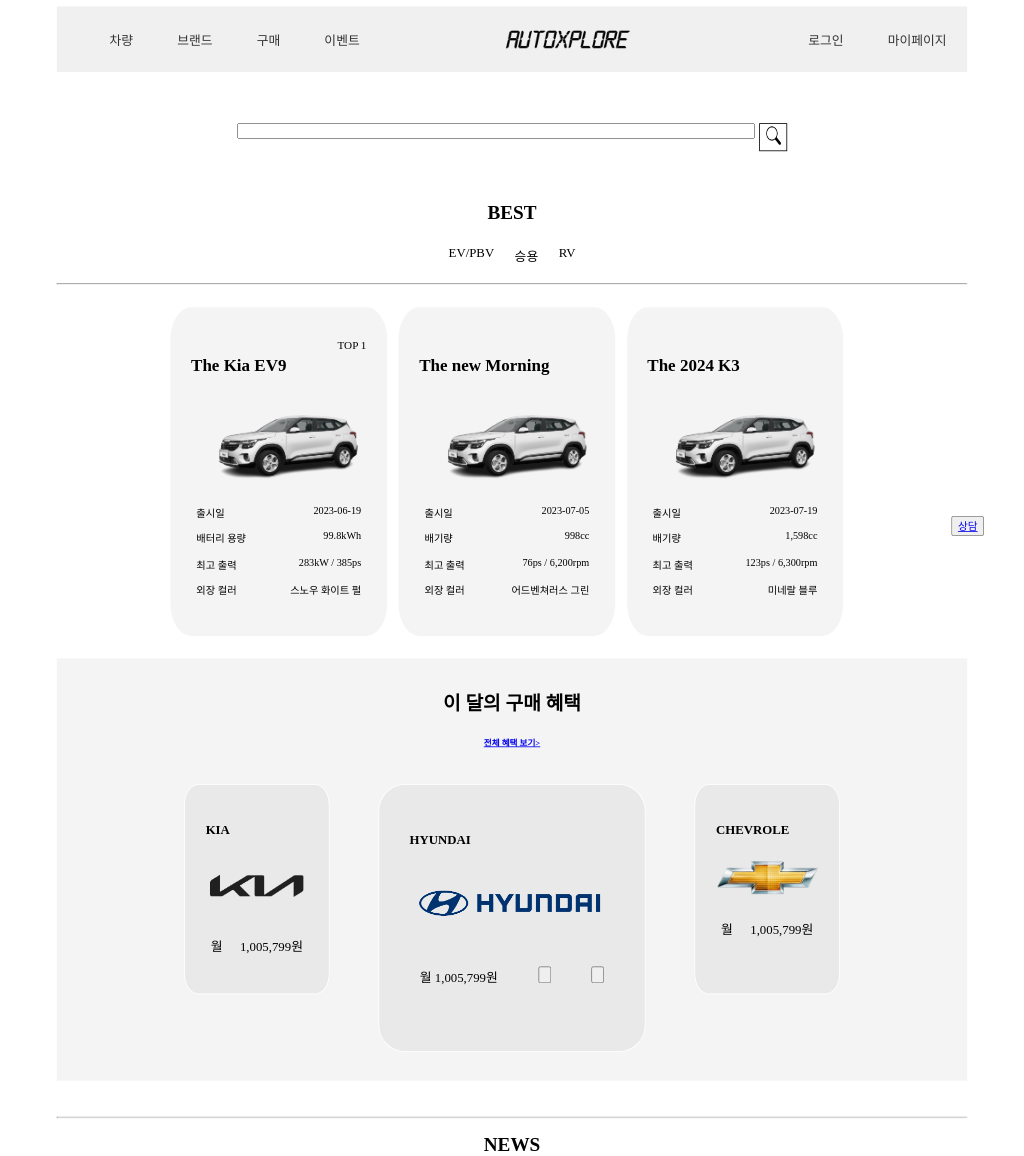
Repository: Autoxplore/Autoxplore
Page: mainPage.html
These files come from the project's save history. The page is drawn as it stood at one moment and after the next save; the edit follows.
The browser window is 1280 px wide. The pictures show the part of the page from y = 0 to 1445 px (the page is 2439 px tall before and 2522 px after), at 80% of full size.
A picture or video elsewhere on the page could not be fetched, so the positions and the page height are approximate.

Above is the page before, as saved 2023-08-03 15:45:36.

### mainPage.html
<!DOCTYPE html>
<html lang="en">
<head>
    <meta charset="UTF-8">
    <meta name="viewport" content="width=device-width, initial-scale=1.0">
    <title>AUTOXPLORE MAIN</title>
    <link rel="stylesheet" href="harin_css/mainPage.css">
</head>
<body>
    <div id="wrap">
        <header>
            <nav class="header1">
                <ul>
                    <li><a href="#">차량</a></li>
                    <li><a href="#">브랜드</a></li>
                    <li><a href="#">구매</a></li>
                    <li><a href="#">이벤트</a></li>
                </ul>
            </nav>
                <a href="#" title="메인 페이지로 이동" ><img class="logo" src="image/logo/autoxplore.png" alt="AUTOXPLORE 로고"></a>
            <nav class="header2">
                <ul>
                    <li><a href="#">로그인</a></li>
                    <li><a href="#">마이페이지</a></li>
                </ul>
            </nav>
        </header>
        <section class="search">
            <input type="text">
            <button type="button" onclick="alert('click!')"><img src="image/search/search.png" alt="검색"></button>
        </section>
        <div>
            <div class="best">
                <h2>BEST</h2>
                <div>
                    <ul>
                        <li><a href="#">EV/PBV</a></li>
                        <li><a href="#">승용</a></li>
                        <li><a href="#">RV</a></li>
                    </ul>
                </div>
                <hr>
            </div>
            <div id="wrap1">
                <div class="bestContent">
                    <section class="car1">
                        <div class="cartop">
                            <h5>The Kia EV9</h5>
                            <p>TOP 1</p>
                        </div>
                        <div class="carContent">
                            <img class="carImg" src="/image/car/kia/seltos.png" alt="top1 car">
                            <ul>
                                <li>
                                    <div>출시일</div>
                                    <div>2023-06-19</div>
                                </li>
                                <li>
                                    <div>배터리 용량</div>
                                    <div>99.8kWh</div>
                                </li>
                                <li>
                                    <div>최고 출력</div>
                                    <div>283kW / 385ps</div>
                                </li>
                                <li>
                                    <div>외장 컬러</div>
                                    <div>스노우 화이트 펄</div>
                                </li>
                            </ul>
                        </div>
                    </section>
                    <section class="car1">
                        <div class="cartop">
                            <h5>The new Morning</h5>
                        </div>
                        <div class="carContent">
                            <img class="carImg" src="/image/car/kia/seltos.png" alt="top1 car">
                            <ul>
                                <li>
                                    <div>출시일</div>
                                    <div>2023-07-05</div>
                                </li>
                                <li>
                                    <div>배기량</div>
                                    <div>998cc</div>
                                </li>
                                <li>
                                    <div>최고 출력</div>
                                    <div>76ps / 6,200rpm</div>
                                </li>
                                <li>
                                    <div>외장 컬러</div>
                                    <div>어드벤쳐러스 그린</div>
                                </li>
                            </ul>
                        </div>
                    </section>
                    <section class="car1">
                        <div class="cartop">
                            <h5>The 2024 K3 </h5>
                        </div>
                        <div class="carContent">
                            <img class="carImg" src="/image/car/kia/seltos.png" alt="top1 car">
                            <ul>
                                <li>
                                    <div>출시일</div>
                                    <div>2023-07-19</div>
                                </li>
                                <li>
                                    <div>배기량</div>
                                    <div>1,598cc</div>
                                </li>
                                <li>
                                    <div>최고 출력</div>
                                    <div>123ps / 6,300rpm</div>
                                </li>
                                <li>
                                    <div>외장 컬러</div>
                                    <div>미네랄 블루</div>
                                </li>
                            </ul>
                        </div>
                    </section>
                </div>
            </div>
        </div>
        <div class="monthBenefit">
            <h2>이 달의 구매 혜택</h2>
            <h6><a href="#">전체 혜택 보기></a></h6>
            <div id="wrap1">
                <div class="benefitContent">
                    <section class="car2">
                        <div class="cartop2">
                            <h4>KIA</h4>
                        </div>
                        <div class="carContent2">
                            <img class="brandImg1" src="/image/logo/kiaLogo.png" alt="benefit car">
                            <ul>
                                <li>
                                    <div>월 </div>
                                    <div>1,005,799원</div>
                                </li>
                            </ul>
                        </div>
                    </section>
                    <section class="car3">
                        <div class="cartop3">
                            <h4>HYUNDAI</h4>
                        </div>
                        <div class="carContent3">
                            <img class="brandImg2" src="/image/logo/hyundaiLogo.png" alt="benefit car">
                            <ul>
                                <li>
                                    <div>월 1,005,799원</div>
                                    <div><input type="button"></div>
                                    <div><input type="button"></div>
                                </li>
                            </ul>
                        </div>
                    </section>
                    <section class="car2">
                        <div class="cartop2">
                            <h4>CHEVROLE</h4>
                        </div>
                        <div class="carContent2">
                            <img class="brandImg1" src="/image/logo/chevroleLogo.png" alt="benefit car">
                            <ul>
                                <li>
                                    <div>월 </div>
                                    <div>1,005,799원</div>
                                </li>
                            </ul>
                        </div>
                    </section>
                </div>
            </div>
        </div>
        <hr>
        <div class="news">
            <h2>NEWS</h2>
            <article>
                <section class="newsContent">
                    <div class="newsDetail">
                        <h4>우리 소식</h4>
                        <h3>소식 제목</h3>
                        <p>내용내용</p>
                        <br>
                        <input type="button">
                    </div>
                    <div>
                        <img src="image/car/kia/seltos_bg.png" alt="news image">
                    </div>
                </section>
            </article>
        </div>
        <div>
            <section class="newsPre">
                <ul>
                    <li>
                        <div><a href="#">뉴스
                            <br>
                            내용내용
                        </a></div>
                    </li>
                    <li>
                        <div><a href="#">뉴스
                            <br>
                            내용내용
                        </a></div>
                    </li>
                    <li>
                        <div><a href="#">뉴스
                            <br>
                            내용내용
                        </a></div>
                    </li>
                </ul>
            </section>
            <hr>
        </div>
    </div>
    <button class="consult"><a href="#">상담</a></button>
    </div>
        <footer><p>footer 입니다</p></footer>
</body>
</html>

### harin_css/mainPage.css
@media screen and (min-width:1024px),
screen and (min-height:1024px) and (orientation:landscape){

    #wrap{
        width: 90%;
        margin: 0 auto;
    }

    /* 헤더 */
    header{
        display: flex;
        flex-direction: row;
        justify-content: space-between;
        align-items: center;
        background: rgba(220, 216, 216, 0.39);
        margin: 0 auto;
    }

    nav{
        display: flex;
        flex-direction: row;
        justify-content: space-between;
        flex-wrap: wrap;
    }

    .header1{
        margin-right: auto;
    }

    .header2{
        margin-left: auto;
    }

    .logo{
        width: 10rem;
        display: block;
        margin: 0 auto;
    }

    nav ul li{
        display: inline-block;
        list-style: none;
        margin: 1vw;
    }

    nav li a{
        text-decoration: none;
        color: #333;
        padding: 1vw;
    }

    nav li a:hover{
        background-color: rgba(106, 106, 106, 0.497);
        color: white;
        border-radius: 5%;
        padding: 1vw;
    }

    /* 검색창 */
    .search{
        display: flex;
        justify-content: center;
        margin: 5vw;
    }

    .search input[type="text"]{
        width: 50vw;
        height: 2vh;
    }

    .search button{
        width: 35px;
        height: 35px;
        margin-left: 5px;
        background-color: transparent;
        border : 1px solid rgb(0, 0, 0);
    }

    .search button:hover{
        background-color: #b9b9b9;
    }

    .search button img{
        width: 20px;
        height: 25px;
    }

    /* best 섹션 */
    /* best 헤더 */
    .best h2{
        text-align: center;
    }

    .best ul{
        display: flex;
        justify-content: center;
        padding: 1vh;
    }

    .best ul li{
        display: inline-block;
        justify-content: center;
    }

    .best ul li:hover{
        font-weight: bold;
        text-decoration: underline;
    }

    .best ul li a{
        text-decoration: none;
        color: rgb(0, 0, 0);
        padding: 1vw;
    }

    /* best 내용 */
    #wrap1{
        width: 80%;
        margin: 0 auto;
    }


    .bestContent{
        display: flex;
        flex-direction: row;
        justify-content: center;
        margin: 3%;
    }

    .car1{
        width: 90%;
        height: auto;
        background-color: rgba(192, 192, 192, 0.185);
        border: 1px solid rgb(255, 255, 255);
        border-radius: 10%;
        padding: 2vw;
        margin-right: 1vw;
    }

    .car1:hover{
        background-color: rgba(109, 109, 109, 0.185);
        font-weight: bold;
    }

    .cartop{
        display: flex;
        flex-direction: row;
        justify-content: space-between;
        font-size: 2vw;
    }

    .cartop p{
        color: rgb(0, 0, 0);
        border-radius: 30%;
        font-size:14px;
        position: relative;
    }

    .carImg{
        display: block;
        width: 20vw;
        height: auto;
        position: relative;
        left: 2vw;
        transition: transform 0.3s ease;
    }

    .carImg:hover{
        transform: translateX(-50px);
    }

    .carContent ul{
        padding: 0;
    }

    .carContent ul li {
        display: flex;
        flex-direction: row;
        justify-content: space-between;
        padding: 3%;
        margin : 0;
        font-size: 1vw;
    }

    /* 이 달의 구매 혜택 섹션 */
    .monthBenefit{
        background-color: rgba(240, 240, 240, 0.747);
    }
    /* 이 달의 구매 혜택 헤더 */
    .monthBenefit h2{
        text-align: center;
        padding: 5vh;
        padding-bottom: 0.1vh;
    }

    .monthBenefit h6{
        text-align: center;
        color: black;
    }

    /* 이 달의 구매 혜택 내용 */
    .benefitContent{
        display: flex;
        flex-direction: row;
        justify-content: space-between;
        margin: 5%;
    }

    .car2{
        width: 10vw;
        background-color: rgba(192, 192, 192, 0.227);
        border: 1px solid rgb(255, 255, 255);
        border-radius: 10%;
        padding: 2vw;
        margin-bottom: 15vh;
    }

    .car3{
        width: 20vw;
        background-color: rgba(192, 192, 192, 0.227);
        border: 1px solid rgb(255, 255, 255);
        border-radius: 10%;
        padding: 3vw;
        margin-bottom: 5vh;
    }

    .cartop2, .cartop3{
        display: flex;
        flex-direction: row;
        justify-content: space-between;
    }

    .cartop2 p{
        color: white;
        border : 1px solid white;
        border-radius: 30%;
        font-size:8px;
    }

    .carImg{
        display: block;
        width: 15vw;
        height: auto;
    }

    .brandImg1{
        display: block;
        width: 10vw;
        height: auto;
    }

    .brandImg2{
        display: block;
        width: 20vw;
        height: auto;
    }

    .carContent2 ul, .carContent3 ul{
        padding: 0;
    }

    .carContent2 ul li, .carContent3 ul li {
        display: flex;
        flex-direction: row;
        justify-content: space-between;
        padding: 5%;
        margin : 0;
    }


    /* news 섹션 */
    .news h2{
        text-align: center;
    }

    .newsContent{
        display: flex;
        flex-direction: row;
        justify-content: space-between;
        margin: 0 auto;
        background-color: rgb(186, 186, 186);
    }

    .newsDetail{
        margin: 3vw;
    }

    .newsContent img{
        width:60vw;
        height: auto;
    }

    .newsPre ul{
        display: flex;
        flex-direction: row;
        justify-content: space-between;
        flex-wrap: wrap;
    }

    .newsPre ul li{
        display: inline-block;
    }

    .newsPre ul li a{
        color: black;
        text-decoration: none;
    }

    /* 상담 버튼 */
    .consult{
        position: fixed;
        bottom: 50px;
        right: 50px;
    }


    /* footer 섹션 */
    footer{
        background-color: rgb(0, 0, 0);
    }

    footer p{
        padding: 10vw;
        color: white;
    }






}

After the next save:
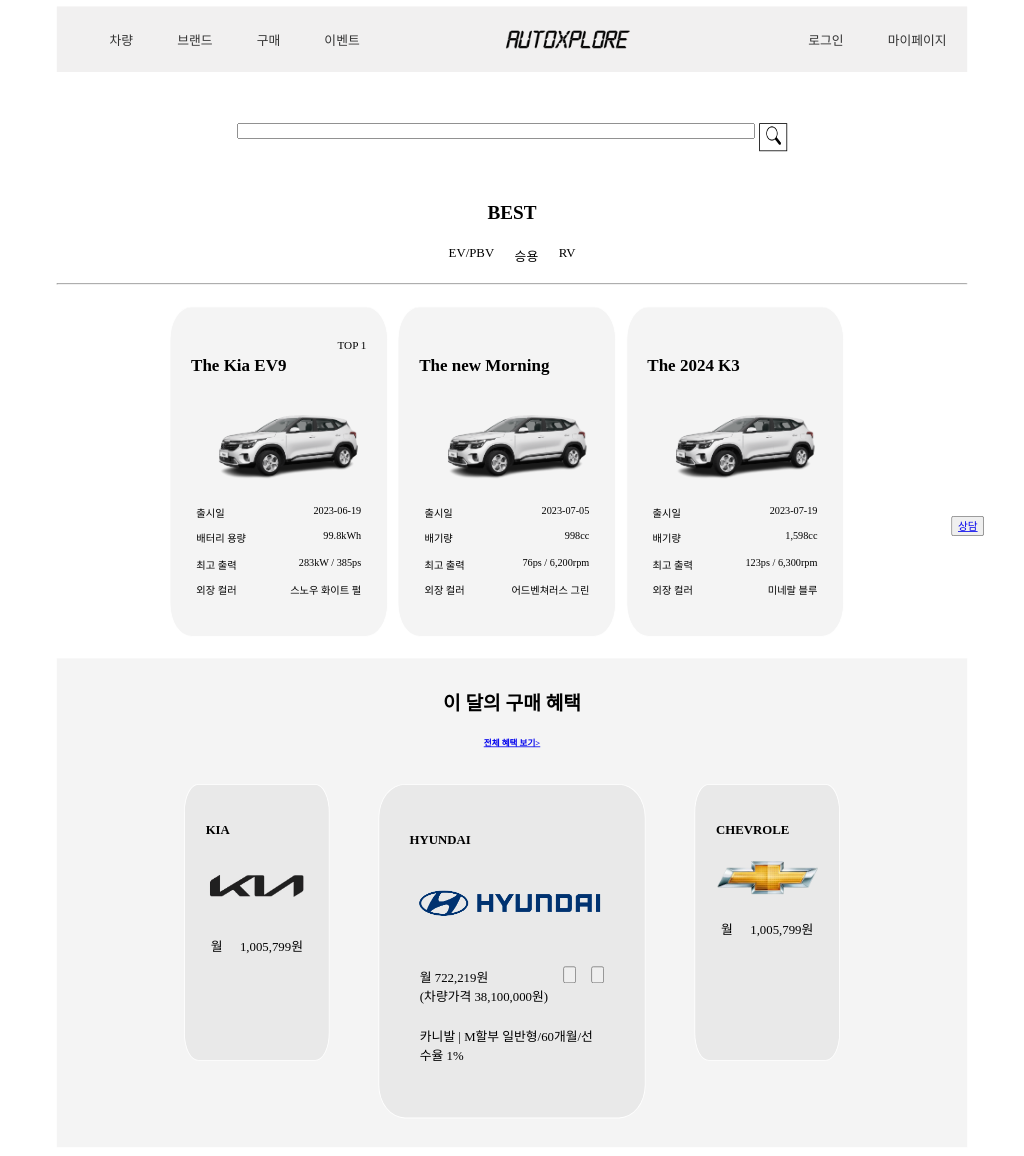
Saved 2 min 8 s later.
--- a/mainPage.html
+++ b/mainPage.html
@@ -152,9 +152,12 @@
                             <img class="brandImg2" src="/image/logo/hyundaiLogo.png" alt="benefit car">
                             <ul>
                                 <li>
-                                    <div>월 1,005,799원</div>
+                                    <div>월 722,219원 <div>(차량가격 38,100,000원)</div></div>
                                     <div><input type="button"></div>
                                     <div><input type="button"></div>
+                                </li>
+                                <li>
+                                    <div>카니발 | M할부 일반형/60개월/선수율 1%</div>
                                 </li>
                             </ul>
                         </div>
